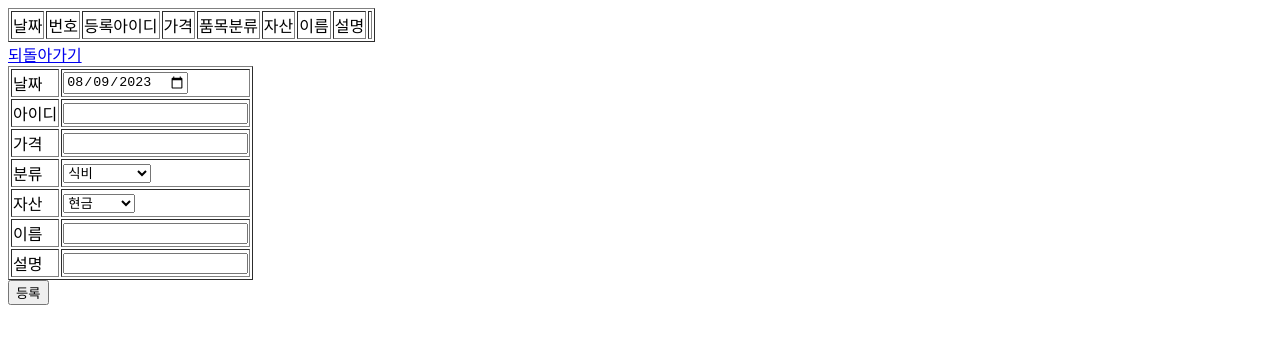
Repository: hdk8572/kh_MoneyManager
Page: http://localhost/Semi_backup/user/main
An editor plug-in stored every save of this project. The page is shown before and after a run of saves, followed by the edit.
The browser window is 1280 px wide. The pictures show the whole page.
The page is served by Tomcat 9. Queries for data that is not in the repository find no rows.

Above is the page before, as saved 2023-08-10 12:42:20.

After the next 2 saves:
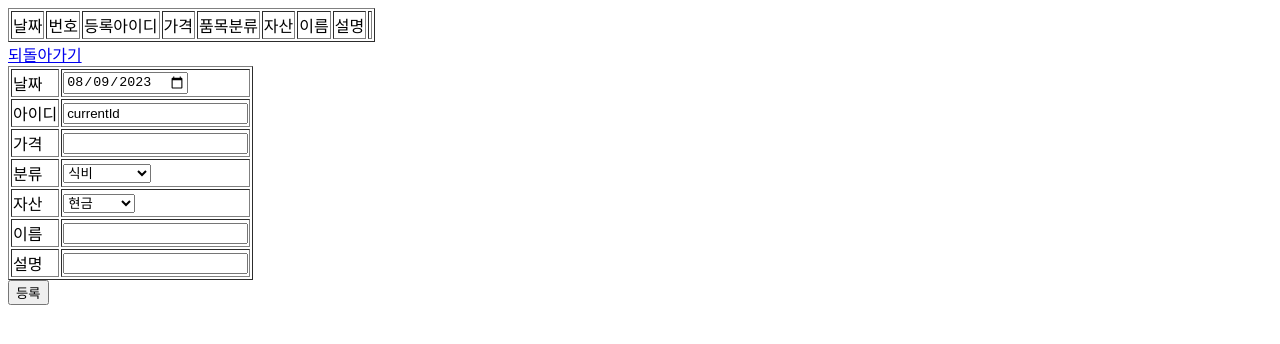
The 2 saves are shown as one change because they came seconds apart.
The last was saved 52 s later.
--- a/Semi_backup/src/main/webapp/WEB-INF/user/main.jsp
+++ b/Semi_backup/src/main/webapp/WEB-INF/user/main.jsp
@@ -53,7 +53,7 @@
 			</tr> -->
 			<tr>
 				<td>아이디</td>
-				<td><input type="text" value="${mid}" name="mid" readonly></td>
+				<td><input type="text" value="<%="currentId"%>" name="mid" readonly></td>
 			</tr>
 			<tr>
 				<td>가격</td>
